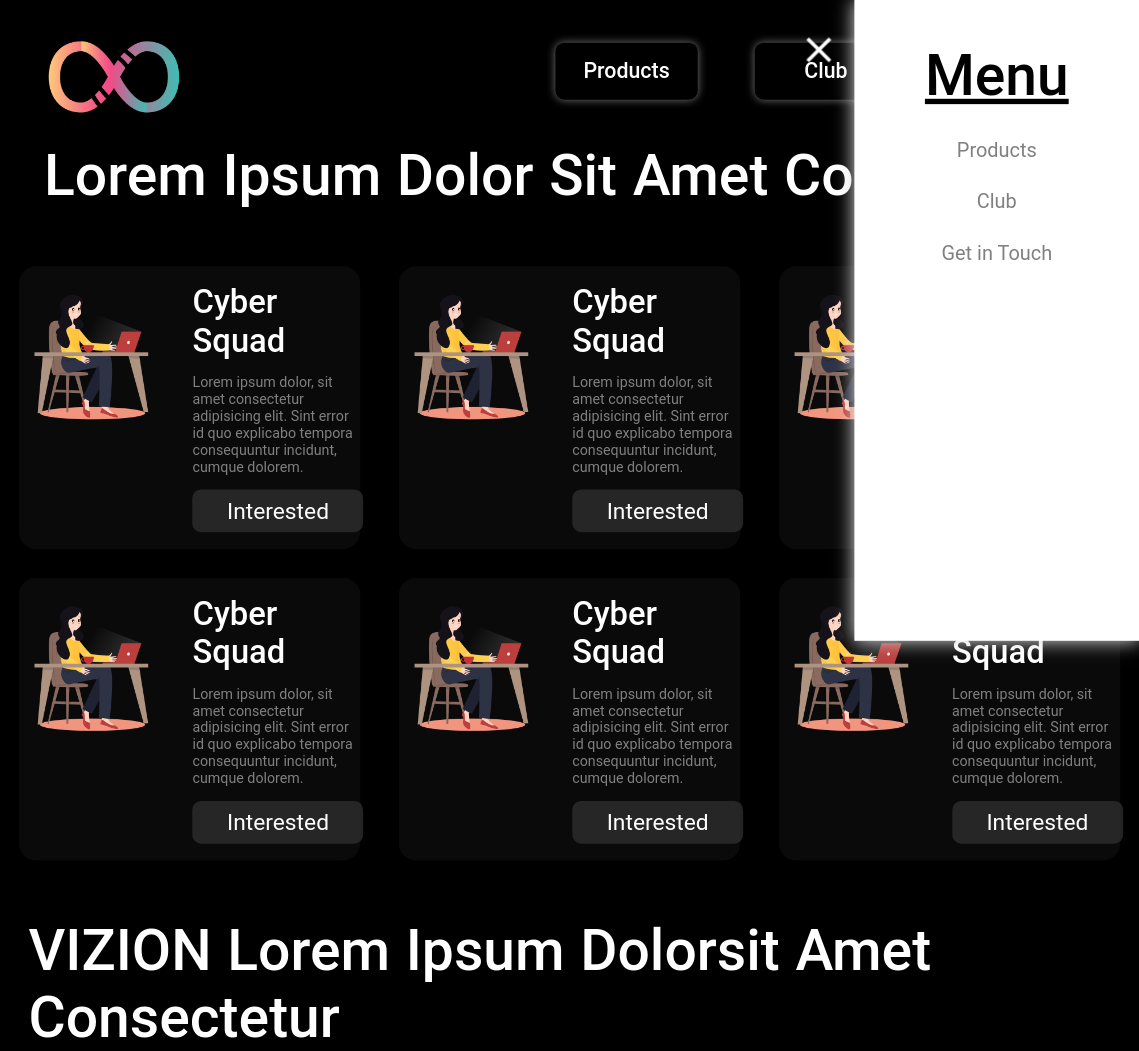
Repository: kapil4457/vizion-internship-project
Page: /
These files come from the project's save history. The page is drawn as it stood at one moment and after the next save; the edit follows.
The browser window is 1280 px wide. The pictures show the whole page, at 89% of full size.
The project was rebuilt for these pictures with package versions that can differ from the ones it lists, and the page was loaded fresh each time. Also part of the build but not shown: src/index.css.

Above is the page before, as saved 2022-10-29 10:57:15.

### public/index.html
<!DOCTYPE html>
<html lang="en">
  <head>
    <meta charset="utf-8" />
    <link rel="icon" href="%PUBLIC_URL%/favicon.ico" />
    <meta name="viewport" content="width=device-width, initial-scale=1" />
    <meta name="theme-color" content="#000000" />
    <meta
      name="description"
      content="Web site created using create-react-app"
    />
    <link rel="preconnect" href="https://fonts.googleapis.com">
    <link rel="apple-touch-icon" href="%PUBLIC_URL%/logo192.png" />
    <!--
      manifest.json provides metadata used when your web app is installed on a
      user's mobile device or desktop. See https://developers.google.com/web/fundamentals/web-app-manifest/
    -->
    <link rel="manifest" href="%PUBLIC_URL%/manifest.json" />
    <!--
      Notice the use of %PUBLIC_URL% in the tags above.
      It will be replaced with the URL of the `public` folder during the build.
      Only files inside the `public` folder can be referenced from the HTML.

      Unlike "/favicon.ico" or "favicon.ico", "%PUBLIC_URL%/favicon.ico" will
      work correctly both with client-side routing and a non-root public URL.
      Learn how to configure a non-root public URL by running `npm run build`.
    -->
    <title>React App</title>
  </head>
  <body>
    <noscript>You need to enable JavaScript to run this app.</noscript>
    <div id="root"></div>
    <!--
      This HTML file is a template.
      If you open it directly in the browser, you will see an empty page.

      You can add webfonts, meta tags, or analytics to this file.
      The build step will place the bundled scripts into the <body> tag.

      To begin the development, run `npm start` or `yarn start`.
      To create a production bundle, use `npm run build` or `yarn build`.
    -->
  </body>
</html>

### src/index.js
import React from 'react';
import ReactDOM from 'react-dom/client';
import './index.css';
import App from './App';
import reportWebVitals from './reportWebVitals';
import { BrowserRouter } from 'react-router-dom';
const root = ReactDOM.createRoot(document.getElementById('root'));
root.render(
  <BrowserRouter >
  <React.StrictMode>
    <App />
  </React.StrictMode>
  </BrowserRouter>
);

// If you want to start measuring performance in your app, pass a function
// to log results (for example: reportWebVitals(console.log))
// or send to an analytics endpoint. Learn more: https://bit.ly/CRA-vitals
reportWebVitals();

### src/App.js
import { Route, Routes } from 'react-router-dom';
import './App.css';
import Header from './components/Header/Header';
import Home from './components/Home/Home';

function App() {
  return (
   <>
<Header />
   <Routes>
<Route exact path='/' element={<Home />} />


   </Routes>



   </>
  );
}

export default App;

### src/App.css
*{
margin:0;
padding:0;
box-sizing: border-box;
font-family: 'Roboto', sans-serif;}

body{
  background-color: black;
  color : white;

}
a{
  text-decoration: none;;
  color:white;
}

.active{
  color:red;
}

body::-webkit-scrollbar {
  display: none;
}

### src/components/Header/Header.jsx
import React from "react";
import { NavLink } from "react-router-dom";
import Logo from "./logo.png";
import MenuIcon from "@mui/icons-material/Menu";
import "./Header.css";
import CloseIcon from "@mui/icons-material/Close";
const Header = () => {
  return (
    <div className="main-header">
      <div className="side-header">
        <CloseIcon />
        <h2>Menu</h2>

        <NavLink to="/products">Products</NavLink>
        <NavLink to="/club">Club</NavLink>
        <NavLink to="/contact">Get in Touch</NavLink>
      </div>

      <NavLink to="/" className="left-header">
        <img src={Logo} alt="" />
      </NavLink>
      <div className="right-header">
        <NavLink to="/products">Products</NavLink>
        <NavLink to="/club">Club</NavLink>
        <NavLink to="/contact">Get in Touch</NavLink>
      </div>
      <div className="right-ham">
        <MenuIcon />
      </div>
    </div>
  );
};

export default Header;

### src/components/Home/Home.jsx
import React from "react";
import { data } from "../../item";
import "./Home.css";
import HomeCard from "./HomeCard";
const Home = () => {
  return (
    <div className="main-home">
      <h2 className="heading">Lorem ipsum dolor sit amet consectetur</h2>

      <div className="home-card-container">
        {data.map((item, key) => (
          <HomeCard item={item} key={key} />
        ))}
      </div>
      <h2 className="heading">VIZION Lorem Ipsum Dolorsit Amet Consectetur</h2>
    </div>
  );
};

export default Home;

### src/components/Header/Header.css

.main-header{
    height:10rem;
    width:100%;
    display:flex;
    justify-content: space-between;
    align-items: center;
    padding:0rem 3rem
}

.main-header > .left-header >img{
    height:10rem;

}

.main-header > .right-header
{
    display:flex;
    gap:4rem;
    font-size:1.5rem;
    font-weight:550;
}

.main-header > .right-header>a{
    height:4rem;
    width:10rem;
    display:flex;
    justify-content: center;
   align-items: center;
   border-radius:10px;
   box-shadow: 0px 0px 10px rgba(243, 238, 238,0.5);
   transition: all 0.2s;
}
.main-header > .right-header>a:hover{

    box-shadow: 0px 0px 20px rgba(243, 238, 238,0.5);
    transform: scale(1.01);
   }

   .right-ham{
    display: none;
   }
   .right-ham>svg{

    font-size:3rem;

   }


   .side-header{
    position:fixed;
    right:0;
    top:0;
    height:100vh;
    background-color: white;
    z-index: 999;
    width:20rem;
    display:flex;
    align-items: center;
    flex-direction: column;
    padding-top:3rem;
    gap:2rem;
    box-shadow: 0px 0px 20px gainsboro;
}
.side-header > h2{
    font-size:4rem;
    font-weight:450;
    text-decoration: underline;

}
.side-header > svg{
    position:absolute;
    top:2rem;
    left:-4rem;
    cursor:pointer;
    font-size: 3rem;
    color:white;
}
.side-header>a , .side-header>h2 {
    color:black;
}
.side-header > a{
    font-size:1.4rem;
    color:gray;
}
   @media (max-width:768px ){
.main-header{
    padding:0 1rem;
}
   .main-header > .right-header{
        display:none;
    }
    .right-ham{
        display:flex;
    }
   }

### src/item.js
export const data = [
    {
        title : "Cyber Squad",
        description : "Lorem ipsum dolor, sit amet consectetur adipisicing elit. Sint error id quo explicabo tempora consequuntur incidunt, cumque dolorem.        "
    },
    {
        title : "Cyber Squad",
        description : "Lorem ipsum dolor, sit amet consectetur adipisicing elit. Sint error id quo explicabo tempora consequuntur incidunt, cumque dolorem.        "
    },
    {
        title : "Cyber Squad",
        description : "Lorem ipsum dolor, sit amet consectetur adipisicing elit. Sint error id quo explicabo tempora consequuntur incidunt, cumque dolorem.        "
    },
    {
        title : "Cyber Squad",
        description : "Lorem ipsum dolor, sit amet consectetur adipisicing elit. Sint error id quo explicabo tempora consequuntur incidunt, cumque dolorem.        "
    },
    {
        title : "Cyber Squad",
        description : "Lorem ipsum dolor, sit amet consectetur adipisicing elit. Sint error id quo explicabo tempora consequuntur incidunt, cumque dolorem.        "
    },
    {
        title : "Cyber Squad",
        description : "Lorem ipsum dolor, sit amet consectetur adipisicing elit. Sint error id quo explicabo tempora consequuntur incidunt, cumque dolorem.        "
    }
]

### src/components/Home/Home.css
.main-home{
    color:white;
    width:100%;
    display: flex;
    flex-direction: column;
    gap:4rem;
}

.main-home > h2{
    width:100%;
    display: flex;
    justify-content: center;
    align-items:center;
    font-size:4rem;
    word-spacing: 0.1rem;
    font-weight:450;
    text-transform: capitalize;
    padding:0 2rem;

}


.main-home > .home-card-container{
    display:grid;
    grid-template-columns: 1fr 1fr 1fr;
    row-gap: 2rem;
    place-items: center;
}


@media (max-width: 768px){

    .main-home > .home-card-container{
    grid-template-columns: 1fr;

}

.main-home > h2{
font-size:3rem;

}
}

### src/components/Home/HomeCard.jsx
import React from "react";
import "./HomeCard.css";
import Image from "./cardImage.png";
const HomeCard = ({ item }) => {
  return (
    <div className="home-card">
      <img src={Image} alt="" />
      <div className="card-info">
        <h2>{item.title}</h2>
        <p>{item.description}</p>
        <button>Interested</button>
      </div>
    </div>
  );
};

export default HomeCard;

### src/components/Home/HomeCard.css
.home-card{
    width:90%;
    display:flex;
    padding:1rem 0;
    gap:1rem;
    padding-top:1rem;
    background-color: rgba(51, 50, 50, 0.2);
    border-radius: 20px;
    border:3px solid rgba(51, 50, 50, 0.0);
    transition: all 0.4s;

}
.home-card:hover{
    border:3px solid blue;
}
.home-card>img{
    height:10rem;

}
.home-card > .card-info{
    display:flex;
    flex-direction: column;
    gap:1rem;
    padding:0 1rem;
    align-items: center;

}
.home-card > .card-info > h2{
    font-size: 2.3rem;
    font-weight: 450;
}
.home-card > .card-info > p{
    color:gray
}
.home-card > .card-info > button{
    background-color: rgba(51, 50, 50, 0.7);
    border:none;
    outline:none;
    width:12rem;
    border-radius: 10px;
    font-size:1.6rem;
    color:white;
    height:3rem;
    transition: all 0.4s;
    cursor:pointer;
}
.home-card > .card-info > button:hover{

    background-color: rgba(51, 50, 50, 0.9);
}


@media(max-width:768px){
    .home-card{
        flex-direction: column;
    }
.home-card>img{
    height:15rem;
    width:auto;
}
}

Loaded but not shown: src/reportWebVitals.js (common file)

After the next save:
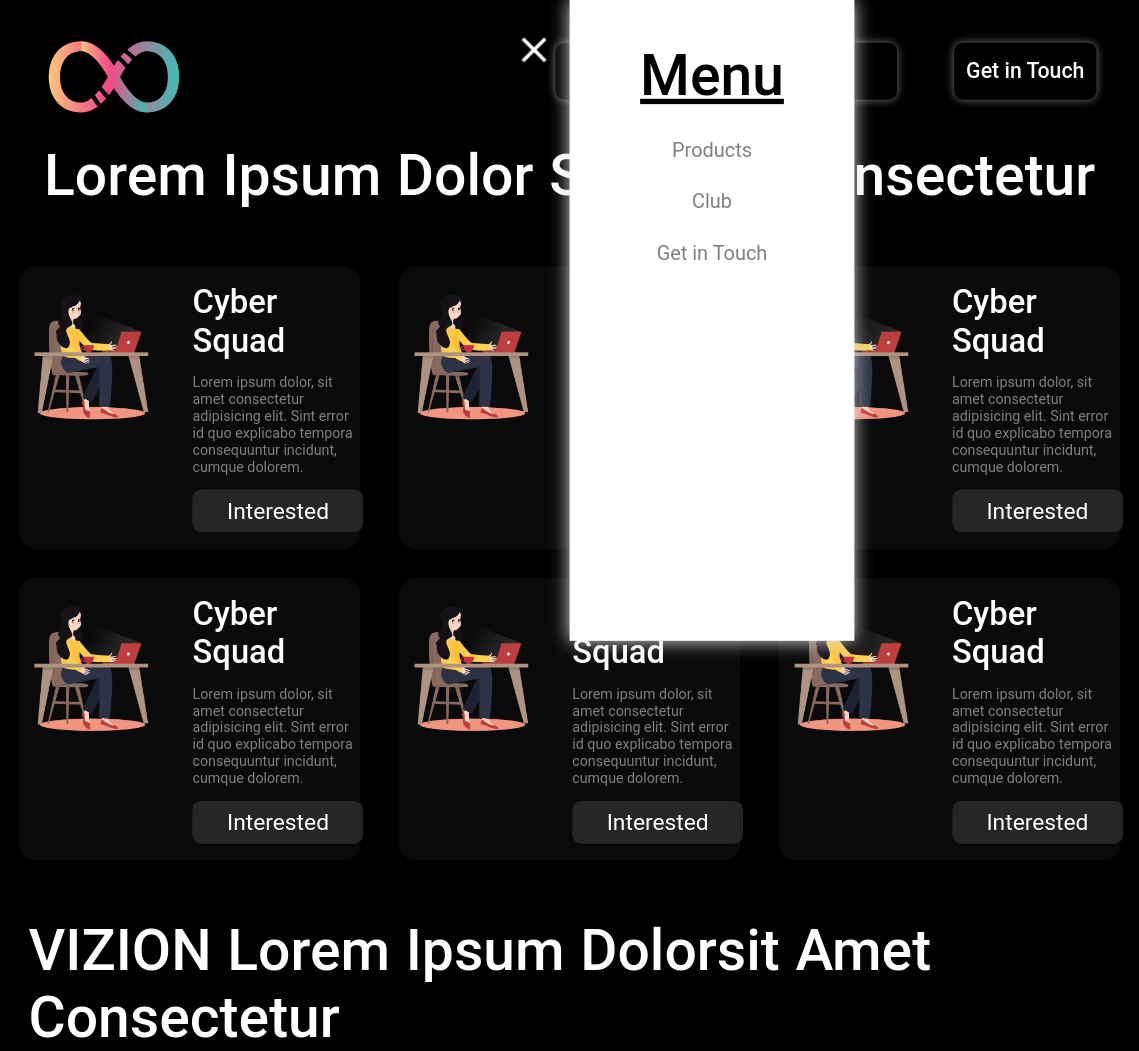
Saved 20 s later.
--- a/src/components/Header/Header.css
+++ b/src/components/Header/Header.css
@@ -61,6 +61,7 @@
     padding-top:3rem;
     gap:2rem;
     box-shadow: 0px 0px 20px gainsboro;
+    transform:translateX(-20rem)
 }
 .side-header > h2{
     font-size:4rem;
